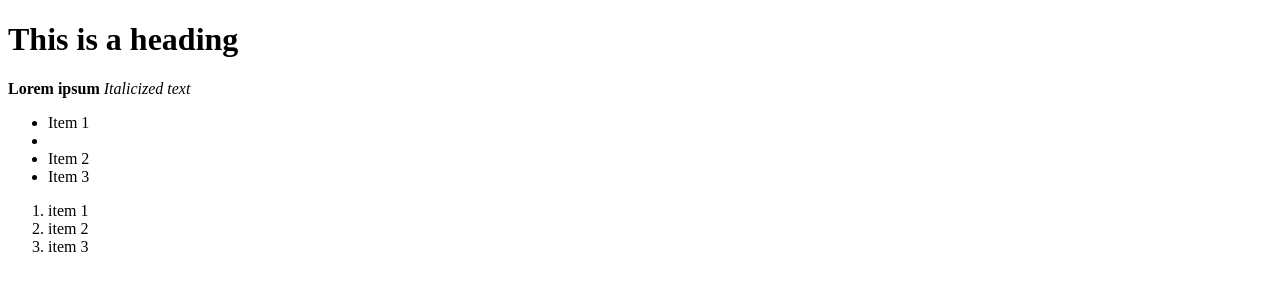
Repository: j0vesday/git_test
Page: html-boilerplate/index.html
The author's editor kept a copy of each file at every save. The page is drawn from the files as they stood at one save, then again after the next save.
The browser window is 1280 px wide. The pictures show the whole page.

Above is the page before, as saved 2024-09-25 01:38:54.

### html-boilerplate/index.html
<!DOCTYPE html>
<html lang="en">
<head>
    <meta charset="UTF-8">
    <meta name="viewport" content="width=device-width, initial-scale=1.0">
    <title>Document</title>
</head>
<body>
    <h1> This is a heading </h1>
    <strong> Lorem ipsum</strong>
    <em>Italicized text</em>
<!--This is a comment-->
<ul>
    <li>Item 1<li>
    <li>Item 2</li>
    <li>Item 3</li>
</ul>
<ol>
    <li>item 1</li>
    <li>item 2</li>
    <li>item 3</li>
</ol>
</body>
</html>

After the next save:
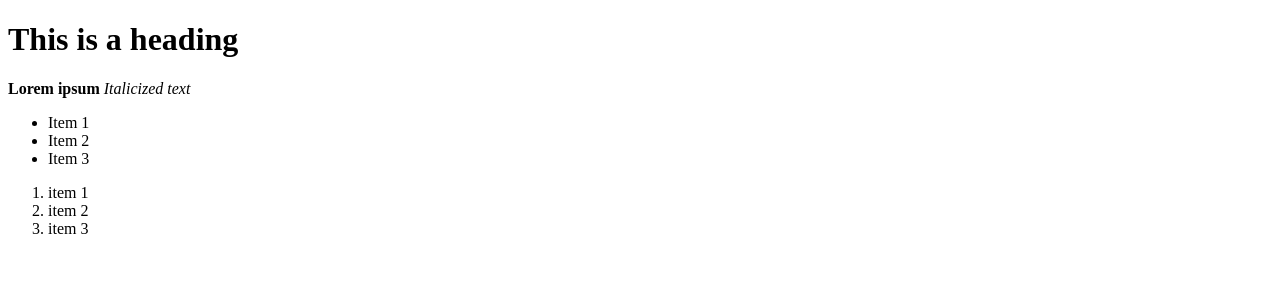
Saved 49 s later.
--- a/html-boilerplate/index.html
+++ b/html-boilerplate/index.html
@@ -11,7 +11,7 @@
     <em>Italicized text</em>
 <!--This is a comment-->
 <ul>
-    <li>Item 1<li>
+    <li>Item 1</li>
     <li>Item 2</li>
     <li>Item 3</li>
 </ul>
